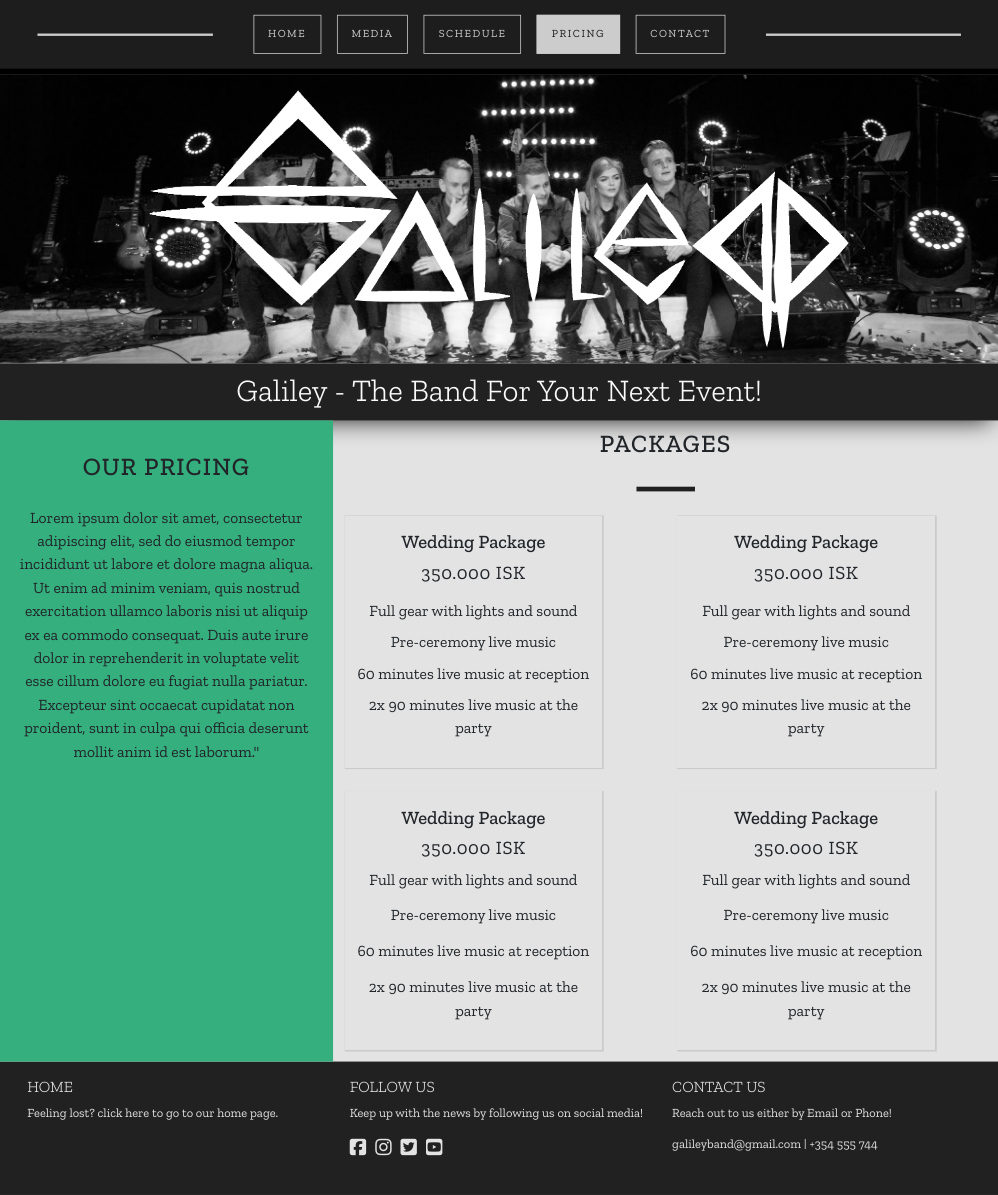
Repository: HeimirDavid/Galiley-Website
Page: pricing.html
The author's editor kept a record of every edit. The page is drawn from the files as they stood at one moment, then again after the next edit.
The browser window is 1280 px wide. The pictures show the whole page, at 78% of full size.
Some web libraries are served in a nearby version.

Above is the page before.

### pricing.html
<!DOCTYPE html>
<html lang="en">

<head>
    <meta charset="UTF-8">
    <meta name="viewport" content="width=device-width, initial-scale=1.0">
    <meta http-equiv="X-UA-Compatible" content="ie=edge">

    <link rel="stylesheet" href="https://stackpath.bootstrapcdn.com/bootstrap/4.3.1/css/bootstrap.min.css" integrity="sha384-ggOyR0iXCbMQv3Xipma34MD+dH/1fQ784/j6cY/iJTQUOhcWr7x9JvoRxT2MZw1T" crossorigin="anonymous">
    <link rel="stylesheet" href="https://cdnjs.cloudflare.com/ajax/libs/hover.css/2.3.1/css/hover-min.css" type="text/css" />
    <link rel="stylesheet" href="assets/css/style.css" type="text/css" />

    <script src="https://code.jquery.com/jquery-3.3.1.slim.min.js" integrity="sha384-q8i/X+965DzO0rT7abK41JStQIAqVgRVzpbzo5smXKp4YfRvH+8abtTE1Pi6jizo" crossorigin="anonymous"></script>
    <script src="https://cdnjs.cloudflare.com/ajax/libs/popper.js/1.14.7/umd/popper.min.js" integrity="sha384-UO2eT0CpHqdSJQ6hJty5KVphtPhzWj9WO1clHTMGa3JDZwrnQq4sF86dIHNDz0W1" crossorigin="anonymous"></script>
    <script src="https://stackpath.bootstrapcdn.com/bootstrap/4.3.1/js/bootstrap.min.js" integrity="sha384-JjSmVgyd0p3pXB1rRibZUAYoIIy6OrQ6VrjIEaFf/nJGzIxFDsf4x0xIM+B07jRM" crossorigin="anonymous"></script>
    <script src="https://kit.fontawesome.com/2ea8c5e5d2.js" crossorigin="anonymous"></script>

    <title>Galiley</title>
</head>

<body>
    <header>
        <!------ Header Navigation Menu, Mainly written with bootstrap  ------>
        <div class="row no-gutters">
            <div class="col black-container">
                <nav class="navbar fixed-top navbar-expand-md navbar-dark bg-dark" id="navbar-black-color"> <!-- Navbar position with help of this  -->
                    <a class="navbar-brand" href="index.html">Galiley - Home</a>                            <!-- tutorial: https://www.youtube.com/watch?v=NzjU1GmKosQ&t=90s  -->
                    <button class="navbar-toggler" type="button" data-toggle="collapse" data-target="#navbarSupportedContent" aria-controls="navbarSupportedContent" aria-expanded="false" aria-label="Toggle navigation">
                    <span class="navbar-toggler-icon"></span></button>
                    <div class="collapse navbar-collapse" id="navbarSupportedContent">
                        <ul class="navbar-nav m-auto">
                            <li class="nav-item menuitem">
                                <a class="nav-link" href="index.html"><span>Home</span></a>
                            </li>
                            <li class="nav-item menuitem">
                                <a class="nav-link" href="media.html"><span>Media</span></a>
                            </li>
                            <li class="nav-item menuitem">
                                <a class="nav-link" href="schedule.html"><span>Schedule</span></a>
                            </li>
                            <li class="nav-item menuitem active-item">
                                <a class="nav-link" href="pricing.html"><span>Pricing</span></a>
                            </li>
                            <li class="nav-item menuitem">
                                <a class="nav-link" href="contact.html"><span>Contact</span></a>
                            </li>
                        </ul>
                    </div>
                </nav>
            </div>
        </div>

        <!------ Header Logo Image ------>
        <div class="logo-container">
            <div class="row no-gutters">
                <div class="col header-background-img">
                    <a href="#">
                    <img class="logo-white" src="assets/images/galiley_vit.png">
                </a>
                </div>
            </div>
        </div>

        <!------ Header Text  ------>
        <div class="row no-gutters">
            <div class="col h1-heading">
                <h1>Galiley - The Band For Your Next Event!</h1>
            </div>
        </div>
    </header>

    <section class="container-fluid">
        <div class="row no-gutters">
            <div class="col-md-4">
                <div class="col-12 green-color text-center pricing-col">
                    <h2 class="header-h2 uppercase">Our Pricing</h2>
                    <p class="p-text">Lorem ipsum dolor sit amet, consectetur adipiscing elit, sed do eiusmod tempor incididunt
                    ut labore et dolore magna aliqua. Ut enim ad minim veniam, quis nostrud exercitation ullamco
                    laboris nisi ut aliquip ex ea commodo consequat. Duis aute irure dolor in reprehenderit in
                    voluptate velit esse cillum dolore eu fugiat nulla pariatur. Excepteur sint occaecat cupidatat
                    non proident, sunt in culpa qui officia deserunt mollit anim id est laborum."</p>
                </div>
            </div>
            <div class="col-md-8">
                <div class="row">
                    <div class="col text-center">
                        <h2 class="header-h2 uppercase">Packages</h2>
                        <hr class="block-devider">
                    </div>
                </div>
                <div class="row">
                    <div class="col-10 offset-1 offset-sm-0 col-sm-4 col-md-6">
                        <div class="col-10 text-center p-text package-cards">
                            <h4 class="header-h4">Wedding Package</h4>
                            <h5 class="header-h5">350.000 ISK</h5>
                            <ul>
                                <li>Full gear with lights and sound</li>
                                <li>Pre-ceremony live music</li>
                                <li>60 minutes live music at reception</li>
                                <li>2x 90 minutes live music at the party</li>
                            </ul>
                        </div>
                    </div>
                    <div class="col-10 offset-1 offset-sm-0 col-sm-4 col-md-6">
                        <div class="col-10 text-center p-text package-cards">
                            <h4 class="header-h4">Wedding Package</h4>
                            <h5 class="header-h5">350.000 ISK</h5>
                            <ul>
                                <li>Full gear with lights and sound</li>
                                <li>Pre-ceremony live music</li>
                                <li>60 minutes live music at reception</li>
                                <li>2x 90 minutes live music at the party</li>
                            </ul>
                        </div>
                    </div>
                    <div class="col-10 offset-1 offset-sm-0 col-sm-4 col-md-6">
                        <div class="col-10 text-center p-text package-cards">
                            <h4 class="header-h4">Wedding Package</h4>
                            <h5 class="header-h5">350.000 ISK</h5>
                            <p>Full gear with lights and sound</p>
                            <p>Pre-ceremony live music</p>
                            <p>60 minutes live music at reception</p>
                            <p>2x 90 minutes live music at the party</p>
                        </div>
                    </div>
                    <div class="col-10 offset-1 offset-sm-0 col-sm-4 col-md-6">
                        <div class="col-10 text-center p-text package-cards">
                            <h4 class="header-h4">Wedding Package</h4>
                            <h5 class="header-h5">350.000 ISK</h5>
                            <p>Full gear with lights and sound</p>
                            <p>Pre-ceremony live music</p>
                            <p>60 minutes live music at reception</p>
                            <p>2x 90 minutes live music at the party</p>
                        </div>
                    </div>
                </div>
            </div>
        </div>
    </section>

    <footer>        <!------ Footer section, Mainly structured and written with the help from CI tutorials from the Resume-Project.
                             Since i liked the design and strucure and felt that it fits well within this project. ------>
        <div class="container-fluid">
            <div class="row" id="footer-details">
                <div class="col-sm-4">
                    <h5 class="uppercase footer-heading">
                        <a href="index.html" class="footer-links">Home</a>
                    </h5>
                    <p class="inline-block">Feeling lost? click here to go to our home page.</p>
                </div>

                <div class="col-sm-4">
                    <h5 class="uppercase footer-heading">Follow Us</h5>
                    <p class="inline-block">Keep up with the news by following us on social media!</p>
                    <ul class="list-inline social-media-links">
                        <li class="list-inline-item">
                            <a class="footer-links" target="_blank" href="https://www.facebook.com/GalileyBand/">
                                <i class="fab fa-facebook-square"></i>
                                <span class="sr-only">Facebook</span>
                            </a>
                        </li>
                        <li class="list-inline-item">
                            <a class="footer-links" target="_blank" href="#">
                                <i class="fab fa-instagram"></i>
                                <span class="sr-only">Instagram</span>
                            </a>
                        </li>
                        <li class="list-inline-item">
                            <a class="footer-links" target="_blank" href="#">
                                <i class="fab fa-twitter-square"></i>
                                <span class="sr-only">Twitter</span>
                            </a>
                        </li>
                        <li class="list-inline-item">
                            <a class="footer-links" target="_blank" href="#">
                                <i class="fab fa-youtube-square"></i>
                                <span class="sr-only">Youtube</span>
                            </a>
                        </li>
                    </ul>
                </div>

                <div class="col-sm-4">
                    <h5 class="uppercase footer-heading">Contact Us</h5>
                    <p class="inline-block">Reach out to us either by Email or Phone!</p>
                    <p>galileyband@gmail.com | +354 555 744</p>
                </div>
            </div>
        </div>
    </footer>
</body>

</html>

### assets/css/style.css
@import url('https://fonts.googleapis.com/css?family=Zilla+Slab:300,400,500,600,700&display=swap');

html {
    scroll-behavior: smooth;
}

body {
    font-family: 'Zilla Slab', serif;
    background-color: #e3e3e3;
    overflow-x: hidden;
}

/*--------------------------------- Colour */

.green-color {
    background-color: #35af7e;
}

.grey-color {
    background-color: #c5c5c5;
}

.grey-blue {
    background-color: #76809a;
}
/*------------------------------- Special padding/margins/text */

h1, h2, h3, h4, h5 {
    margin: 0;
}

.uppercase {
    text-transform: uppercase;
}

.inline-block {
    display: inline-block;
}

.block-devider {
    width: 75px;
    height: 5px;
    background-color: #212121;
}

.block-devider-white {
    width: 75px;
    height: 5px;
    background-color: #e3e3e3;
}

.text-center {
    text-align: center;
}

.item-center {
    item-align: center;
}

.gotop-col {
    padding: 20px;
}

.gotopbtn {
    text-align: center;
    text-decoration: none;
    color: #212121;
    font-size: 1.5em;
    margin: 20px 20px;
    transition: ease-in-out 0.3s;
    -moz-transition: ease-in-out 0.3s;
    -webkit-transition: ease-in-out 0.3s;
    -o-transition: ease-in-out 0.3s;
}

.gotopbtn:hover {
    color: #a5a5a5;
    text-decoration: none;
}

.container-fluid {
    padding: 0;
}

.row {
    margin-right: 0;
    margin-left: 0;
}

/*--------------------------------- Headings text styles */

.header-h2 {
    font-weight: 500;
    padding: 10px 10px 20px 10px;
    letter-spacing: 1.5px;
}

.header-h3

.header-h4 {
    font-weight: 400;
    letter-spacing: 0.8px;
    font-size: 28px;
    padding: 10px;
}

.header-h5 {
    font-weight: 400;
    font-size: 24px;
    letter-spacing: 0.8px;
    padding: 10px;
}

/*--------------------------------- Navbar/Menu */

.navbar {
    opacity: 0.9;
    text-align: center;
    padding-bottom: 1.2em;
}

.menuitem {
    height: 50px;
    text-align: center;
    padding-left: 10px;
    padding-right: 10px;
    margin: 0px 10px 0px 10px;
    border: 1px solid #e3e3e3;
    transition: ease-in-out 0.3s;
    -moz-transition: ease-in-out 0.3s;
    -webkit-transition: ease-in-out 0.3s;
    -o-transition: ease-in-out 0.3s;
}

.menuitem a {
    width: 100%;
    text-decoration: none;
    color: #e3e3e3;
}

.menuitem a i {
    padding-top: 22px;
    display: block;
    color: #e3e3e3;
    font-size: 26px;
}

.menuitem span {
    display: block;
    width: 100%;
    padding-top: 5px;
    text-align: center;
    text-transform: uppercase;
    font-size: 14px;
    font-weight: 400;
    letter-spacing: 2px;
    transition: ease-in-out 0.3s;
    -moz-transition: ease-in-out 0.3s;
    -webkit-transition: ease-in-out 0.3s;
    -o-transition: ease-in-out 0.3s;
    color: #e3e3e3;

}

.menuitem:hover {
    background-color: #e3e3e3;
}

.menuitem:hover.menuitem span {
    color: #212121;
}

.navbar::before,     /* Before and After used from inspiration of this tutorial: https://www.youtube.com/watch?v=zGiirUiWslI   */
.navbar::after {
    content: "";
    margin-left: 2em;
    margin-right: 2em;
    width: 18%;
    height: 0.2em;
    background-color: #e3e3e3;
}

.navbar-nav .active-item span {
    color: #212121;
}

.navbar-nav .active-item {
    background-color: #e3e3e3;
}

.navbar::after {
    width: 20%;
}

.fixed-top {
    padding-top: 1.2em;
}

.navbar-brand {
    display: none;
}

#navbar-black-color {
    background-color: #212121!important;
}




/*--------------------------------- Header */

.black-container {
    position: relative;
    top: 0;
    left: 0;
    width: 100%;
    height:6em;
    background-color: #000;
}

.h1-heading {
    color: #fafafa;
    padding: 10px 0px 15px 0px;
    text-align: center;
    background-color: #212121;
    box-shadow: 0px 10px 30px -10px #212121;
}

.h1-heading h1 {
    font-weight: 300;
}

.header-background-img {
    display: block;
    background-image: url("../images/galiley_diddi.jpg");
    padding: 20px;
    background-size: cover;
}

/*
.logo-container {
    margin-top: 7%;
}
*/

.logo-white {
    opacity: 1.9;
    display: block;
    margin-left: auto;
    margin-right: auto;
    width: 70%;
}

/*--------------------------------- Footer */

footer {
    background-color: #212121;
    color: #e3e3e3;
    min-height: 100px;
    margin: 0;
}

.footer-heading {
    font-weight: 300;
    text-decoration: none;
    margin-bottom: 10px;
}

.footer-heading a {
    transition: ease-in-out 0.3s;
    -moz-transition: ease-in-out 0.3s;
    -webkit-transition: ease-in-out 0.3s;
    -o-transition: ease-in-out 0.3s;
}

.footer-heading a:hover {
    color: #a5a5a5;
    text-decoration: none;
}

.footer-links {
    color: #e3e3e3;
}

.social-media-links {
    padding-bottom: 10px;
}

.social-media-links li a i {
    font-size: x-large;
    padding: 10px 0px;
    line-height: 10px;
    transition: ease-in-out 0.3s;
    -moz-transition: ease-in-out 0.3s;
    -webkit-transition: ease-in-out 0.3s;
    -o-transition: ease-in-out 0.3s;
}

.social-media-links li a i:hover {
    color: #35af7e;
}

#footer-details {
    padding: 20px;
}

/*--------------------------------- About - Section / What we offer - Section */

.about-offer-row {
    padding: 20px 0px;
}

.p-text {
    font-size: 20px;
    padding: 10px 10px 20px 10px;
}

.about-row {
    padding: 60px 10px 20px 10px;
}

.offer-card {
    background-color: #212121;
    color: #e3e3e3;
    padding: 20px;
    margin-bottom: 45px;
    box-shadow: 3px 3px 15px 0px #000;
    opacity: 0.9;
}

/*--------------------------------- Reviews - section */

.review-header {
    background-color: #212121;
    color: #fafafa;
    padding: 10px 0px 15px 0px;
    text-align: center;
    box-shadow: 0px 1px 10px 1px #212121;
}

.review-header h2 {
    font-weight: 300;
}

.review-cards {
    background-color: #212121;
    color: #e3e3e3;
    opacity: 0.9;
    max-width: 250px;
    padding: 20px;
    margin: 30px;
    margin-right: auto;
    margin-left: auto;
    text-align: center;
    border-radius: 10px;
    box-shadow: 5px 5px 15px 0px #212121;
}

.cards-header {
    font-weight: 300;
    letter-spacing: 0.8px;
    margin-bottom: 15px;
}

.review-p {
    font-size: 18px;
    font-weight: 200;
    letter-spacing: 0.8px;
}

/*--------------------------------- Setlist Section / Video Section */

.spotify-header-row {
    background-color: #35af7e;
}

.media-header {
    padding: 20px;
    font-weight: 300;
    font-size: 38px;
}

.spotify-row {
    margin-bottom: 40px;
}

.setlist-header-col {
    color: #000;
    padding: 30px;
}

.media-h4 {
    font-weight: 300;
    font-size: 30px;
    padding: 10px;
}

.media-p {
    font-size: 22px;
    font-weight: 300;
}

.spotify-col {
    color: #e3e3e3;
    background-color: rgba(0, 0, 0, 0.5);
    margin: auto;
    margin-top: 20px;
    padding: 20px 10px 0px 10px;
    max-width: 300px;
    border-radius: 12px;
    border-radius: 10px;
    box-shadow: 5px 5px 15px 0px #212121;
}

.spotify-col::before {
    content: "";
    top: 0;
    left: 0;
    background-color: #212121;
    height: 100px;
    width: 1em;
}

.spotify-player {
    opacity: .96;
}

.video-header-col {
    background-color: #212121;
    color: #e3e3e3;
    padding: 20px 0px;
    box-shadow: 0px 10px 30px -10px #212121;
}

.youtube-col {
    padding: 10px;
}

.youtube-container {  /*   Code copied to make youtube player responsive. Source: https://avexdesigns.com/responsive-youtube-embed/    */
position: relative;
padding-bottom: 56.25%;
padding-top: 30px; height: 0; overflow: hidden;
}

.youtube-container iframe,
.youtube-container object,
.youtube-container embed {
position: absolute;
top: 0;
left: 0;
width: 100%;
height: 100%;
}

/*--------------------------------- Pricing */

.pricing-col {
    padding-top: 30px;
    height: 100%;
}

.package-header-row {
    padding-top: 30px;
    color: #e3e3e3;
}

.package-row {
    padding-top: 30px;
    color: #e3e3e3;
}

.package-cards {
    box-shadow: 1px 1px 1px 1px #cacaca;
    padding: 20px 10px;
    margin-top: 15px;
    margin-bottom: 15px;
}

.package-cards ul {
    list-style: none;
    padding:0;
}

.package-cards ul li {
        margin: 10px 0px;
}
/*--------------------------------- Media Queries */

@media (max-width: 767px) {
    .navbar::before,
    .navbar::after {
        display: none;
    }

    .navbar-brand {
        display: block;
    }

    .fixed-top {
        padding: 1em;
    }

    .reviews-container {
        background-color: #e3e3e3;
    }

    .reviews-container {
        background: #e3e3e3;
    }
}

@media (min-width: 767px) {

    /* Images use and fixed image website layout inspiried by this tutorial: https://www.youtube.com/watch?v=PWoOpJtkyjI */
    #about-image { /* Image from unsplash taken by Luca Baggio */
        background-image: url("../images/about-background.jpg");
        background-attachment: fixed;
        background-size: cover;
        height: 120vh;
        width: 100%;
    }

    #spotify-background-img {
        background-image: url("../images/spotify-background-img.jpg");
        background-attachment: fixed;
        background-size: cover;
        height: 120vh;
        width: 100%;
    }

    #offer-image {
        background-image: url("../images/galiley-offer.jpg");
        background-attachment: scroll;
        background-size: cover;
        height: 100%;
        width: 100%;
        box-shadow: 0px -3px 7px 0px;
    }

    #packages-img {
        background-image: url("../images/packages-img.jpg");
        background-attachment: scroll;
        background-size: cover;
        height: 100%;
        width: 100%;
    }

    .green-black-img {
        background-image: url("../images/setlist-background.png");
        background-attachment: fixed;
        background-size: cover;
        box-shadow: 0px -3px 7px 0px;
    }

    .about-offer-row {
    padding: 60px 10px 20px 10px;
    }

    .youtube-row {
        padding-top: 50px;
    }

    .youtube-col {
        padding: 10px 100px;
    }
}

@media (min-width: 767px) and (max-width: 1000px) {
    #about-image {
        background-image: url("../images/about-background.jpg");
        background-attachment: fixed;
        background-size: cover;
        height: 200vh;
        width: 100%;
    }

        #spotify-background-img {
        background-image: url("../images/spotify-background-img.jpg");
        background-attachment: fixed;
        background-size: cover;
        height: 250vh;
        width: 100%;
    }
}

@media (max-width: 576px) {
    /* To get rid of padding and margin to link up "Offer section" and "reviews section" in mobile view */
    .about-offer-row {
    padding-top: 20px;
    }

    .offer-card {
        margin: 0;
    }
}

After the next edit:
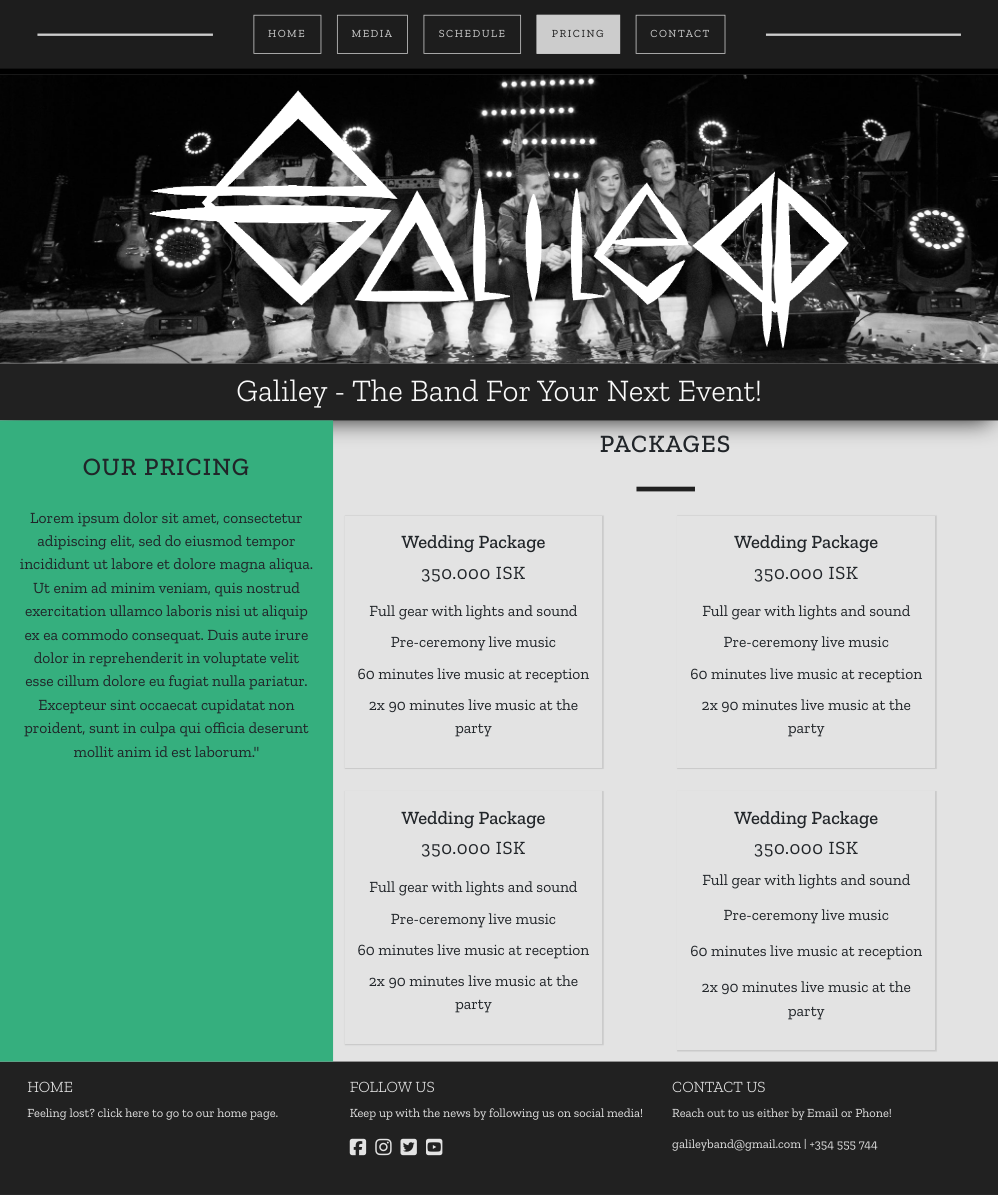
The edit:
--- a/pricing.html
+++ b/pricing.html
@@ -117,10 +117,12 @@
                         <div class="col-10 text-center p-text package-cards">
                             <h4 class="header-h4">Wedding Package</h4>
                             <h5 class="header-h5">350.000 ISK</h5>
-                            <p>Full gear with lights and sound</p>
-                            <p>Pre-ceremony live music</p>
-                            <p>60 minutes live music at reception</p>
-                            <p>2x 90 minutes live music at the party</p>
+                            <ul>
+                                <li>Full gear with lights and sound</li>
+                                <li>Pre-ceremony live music</li>
+                                <li>60 minutes live music at reception</li>
+                                <li>2x 90 minutes live music at the party</li>
+                            </ul>
                         </div>
                     </div>
                     <div class="col-10 offset-1 offset-sm-0 col-sm-4 col-md-6">
